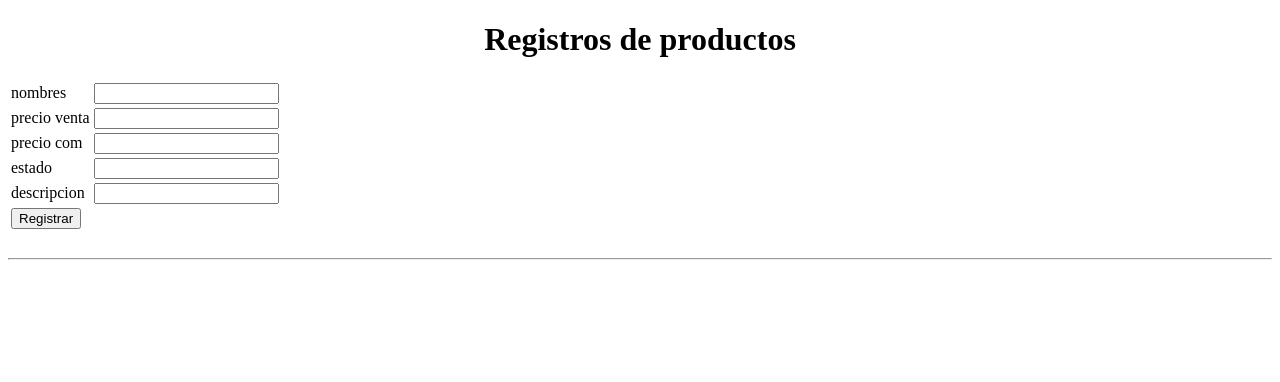
Repository: davidgit20/Examen_JPA
Page: http://localhost/examen_CL2/RegistroProducto.jsp
An editor plug-in stored every save of this project. The page is shown before and after the next save, followed by the edit.
The browser window is 1280 px wide. The pictures show the whole page.
The page is served by Tomcat 9.

Above is the page before, as saved 2023-10-24 23:42:01.

After the next save:
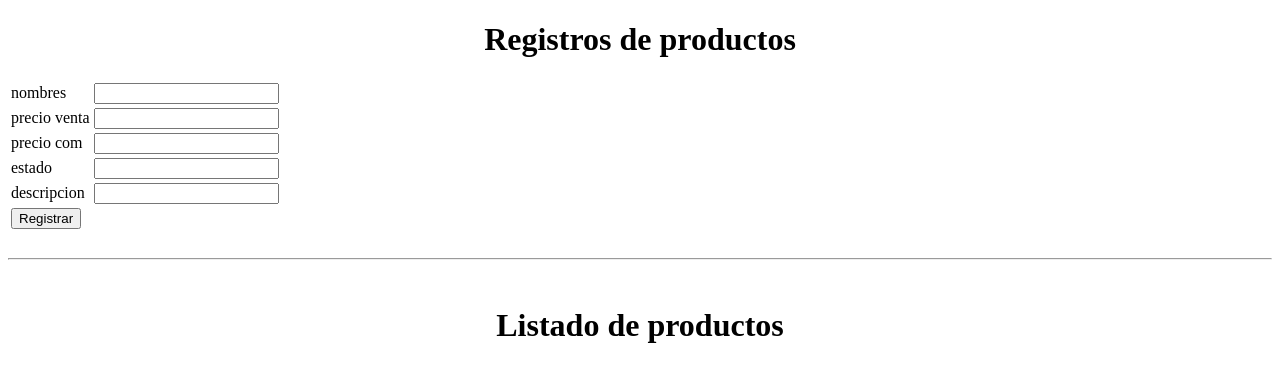
Saved 10 s later.
--- a/examen_CL2/src/main/webapp/RegistroProducto.jsp
+++ b/examen_CL2/src/main/webapp/RegistroProducto.jsp
@@ -43,7 +43,7 @@
 
 	<h1 align="center"></h1>
 
-	<h1 align="center>Listado de productos</h1>
+	<h1 align="center">Listado de productos</h1>
 
 </body>
 </html>
